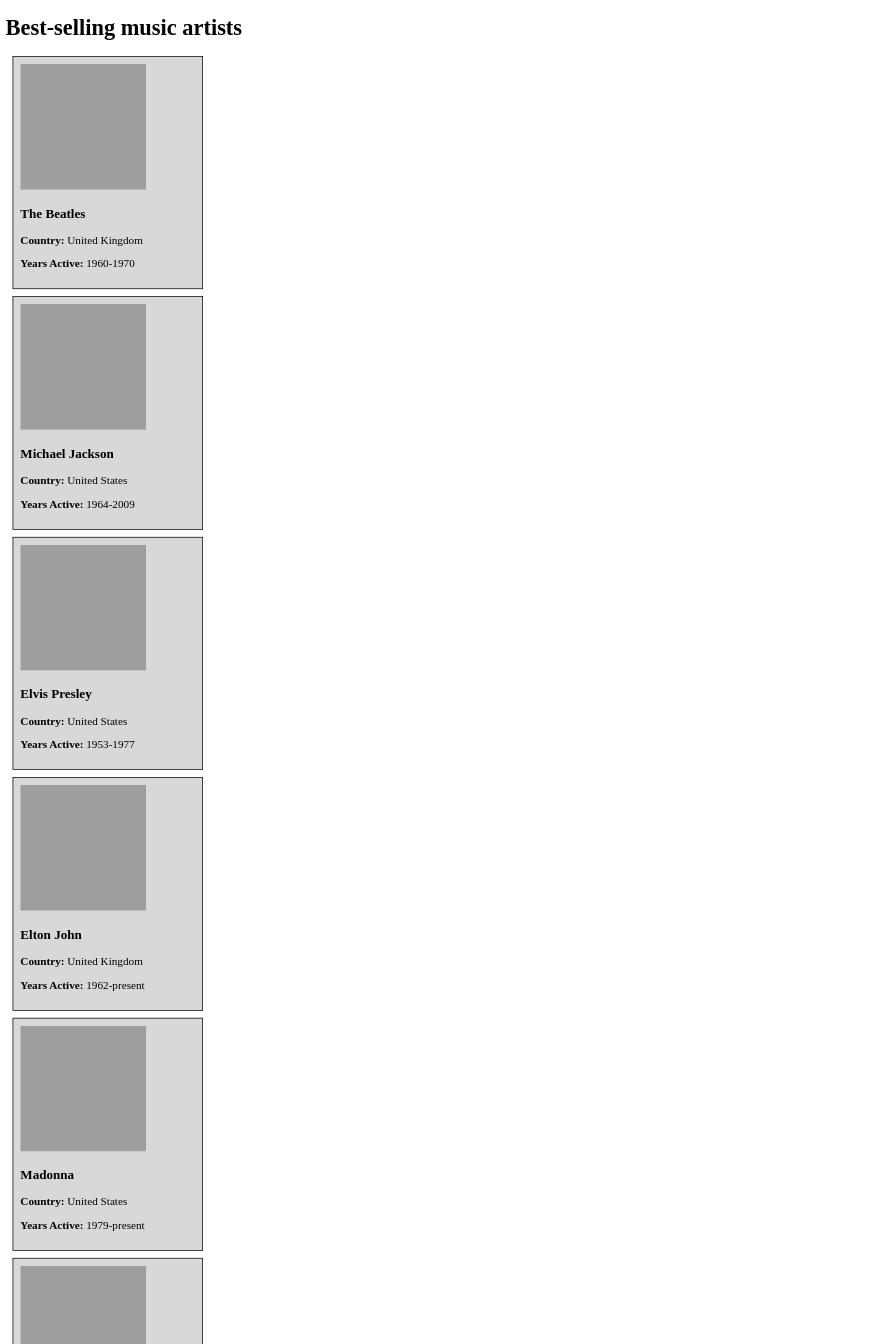
Repository: GavinPahal/Lab2
Page: /
An editor plug-in stored every save of this project. The page is shown before and after the next save, followed by the edit.
The browser window is 1280 px wide. The pictures show the part of the page from y = 0 to 1920 px (the page is 3514 px tall before and 4070 px after), at 70% of full size.
Pictures or frames that could not be fetched are drawn as grey boxes. The project was rebuilt for these pictures with package versions that can differ from the ones it lists, and the page was loaded fresh each time. Also part of the build but not shown: vite.config.js.

Above is the page before, as saved 2024-09-23 11:58:28.

After the next save:
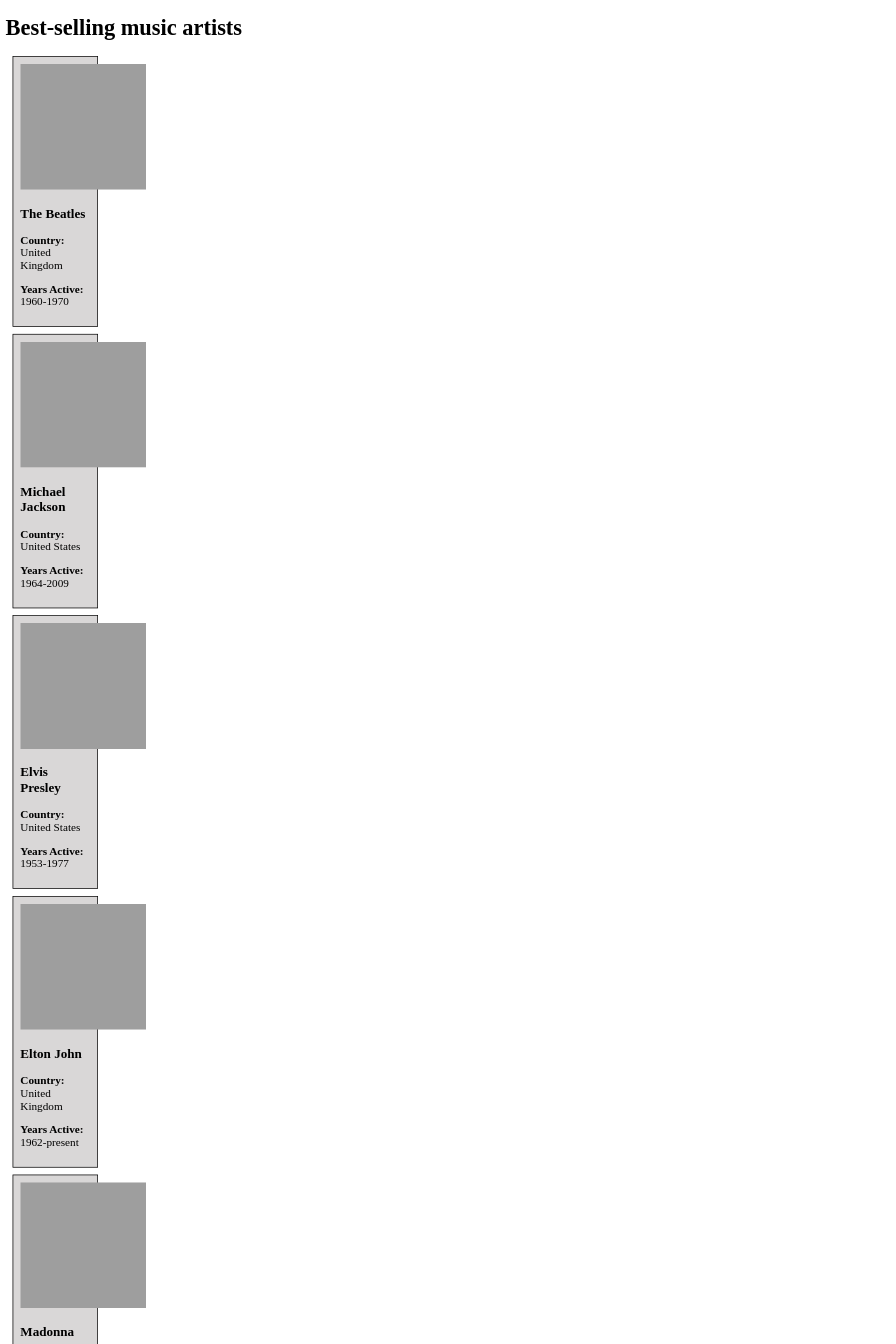
Saved 21 s later.
--- a/src/App.css
+++ b/src/App.css
@@ -7,5 +7,5 @@
   background: rgb(217, 215, 215);
   padding: 10px;
   margin: 10px;
-  width: 250px;
+  width: 100px;
 }
